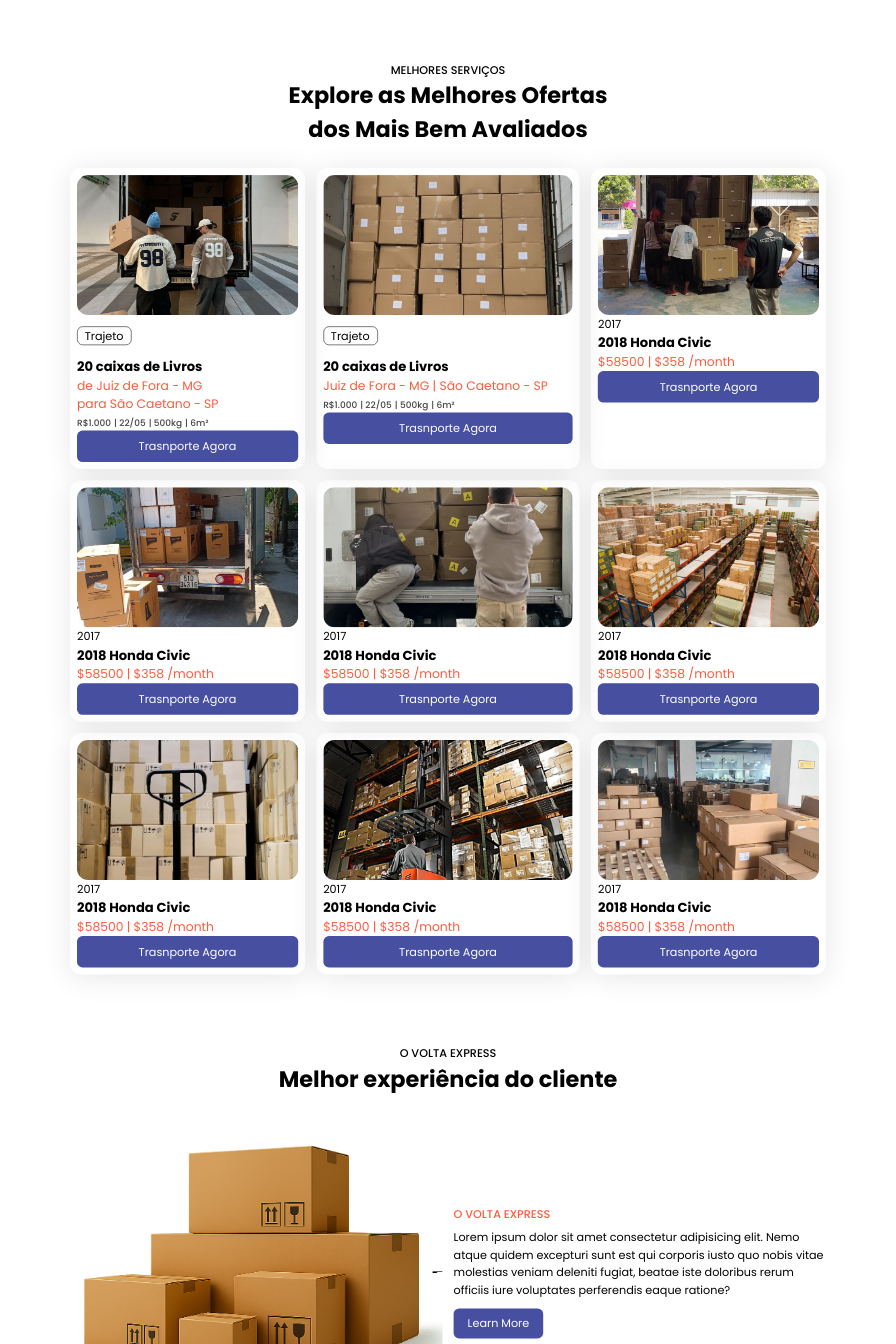
Repository: douglasabnovato/transportation
Page: index.html
An editor plug-in stored every save of this project. The page is shown before and after the next save, followed by the edit.
The browser window is 1280 px wide. The pictures show the part of the page from y = 1143 to 3063 px (the page is 4008 px tall before and 4093 px after), at 70% of full size.

Above is the page before, as saved 2025-05-19 01:26:38.

### index.html
<!DOCTYPE html>
<html lang="en">
  <head>
    <meta charset="UTF-8" />
    <meta name="viewport" content="width=device-width, initial-scale=1.0" />
    <title>Transportation</title>
    <link
      rel="stylesheet"
      href="https://cdn.jsdelivr.net/npm/boxicons@latest/css/boxicons.min.css"
    />
    <link rel="stylesheet" href="./style.css" />
  </head>
  <body>
    <!-- Header -->
    <header>
      <a href="#" class="logo"
        ><img
          src="./assets/images-t/transportar-caixas/caixas.png"
          alt="logo da car rental"
          srcset=""
      /></a>
      <div class="bx bx-menu" id="menu-icon"></div>
      <ul class="navbar">
        <li><a href="#home">Home</a></li>
        <li><a href="#ride">Transportar </a></li>
        <li><a href="#services">Serviços</a></li>
        <li><a href="#about">O Volta Express</a></li>
        <li><a href="#reviews">Vantagens</a></li>
      </ul>
      <div class="header-btn">
        <a href="#" class="sign-up">Sign Up</a>
        <a href="#" class="sign-in">Sign In</a>
      </div>
    </header>

    <!-- Home -->
    <section class="home" id="home">
      <div class="text">
        <h1>
          <span>Procurando</span> mercadorias <br />
          para transportar
        </h1>
        <p>
          Lorem ipsum dolor sit amet consectetur adi <br />
          pisicing elit. Explicabo esse non fugiat!
        </p>
        <div class="app-stores">
          <img src="./assets/ios.png" alt="" />
          <img src="./assets/play.png" alt="" />
        </div>
      </div>
      <div class="form-container">
        <form action="">
          <div class="input-box">
            <span>Location</span>
            <input type="search" name="" id="" placeholder="Search Places" />
          </div>
          <div class="input-box">
            <span>Pick-Up Date</span>
            <input type="date" name="" id="" />
          </div>
          <div class="input-box">
            <span>Return Date</span>
            <input type="date" name="" id="" />
          </div>
          <input type="submit" name="" id="" class="btn" />
        </form>
      </div>
    </section>

    <!-- Ride -->
    <section class="ride" id="ride">
      <div class="heading">
        <span>Como funciona</span>
        <h1>Transporte em 3 etapas fáceis</h1>
      </div>
      <div class="ride-container">
        <div class="box">
          <i class="bx bxs-map"></i>
          <h2>Escolha um local</h2>
          <p>
            Lorem ipsum dolor sit, amet consectetur adipisicing elit.
            Perspiciatis, impedit? Saepe quo quam numquam maxime?
          </p>
        </div>
        <div class="box">
          <i class="bx bxs-calendar-check"></i>
          <h2>Data de retirada</h2>
          <p>
            Lorem ipsum dolor sit, amet consectetur adipisicing elit.
            Perspiciatis, impedit? Saepe quo quam numquam maxime?
          </p>
        </div>
        <div class="box">
          <i class="bx bxs-calendar-star"></i>
          <h2>Reserve um espaço</h2>
          <p>
            Lorem ipsum dolor sit, amet consectetur adipisicing elit.
            Perspiciatis, impedit? Saepe quo quam numquam maxime?
          </p>
        </div>
      </div>
    </section>

    <!-- Services -->
    <section class="services" id="services">
      <div class="heading">
        <span>Melhores Serviços</span>
        <h1>
          Explore as Melhores Ofertas <br />
          dos Mais Bem Avaliados
        </h1>
      </div>
      <div class="services-container">
        <div class="box">
          <div class="box-img">
            <img
              src="./assets/images-t/transportar-caixas/caminhao-caixas-1.jpg"
              alt="car1"
            />
          </div>
          <p class="infos">Trajeto</p>
          <h3>20 caixas de Livros</h3>
          <h2>de Juiz de Fora - MG  </h2>
          <h2>para São Caetano - SP</h2>
          <p>
            <span> R$1.000</span>
            <span> | 22/05</span>
            <span> | 500kg</span>
            <span> | 6m²</span>
          </p>
          <a href="#" class="btn">Trasnporte Agora</a>
        </div>

        <div class="box">
          <div class="box-img">
            <img
              src="./assets/images-t/transportar-caixas/caminhao-caixas-2.jpg"
              alt="car1"
            />
          </div>
          <p class="infos">Trajeto</p>
          <h3>20 caixas de Livros</h3>
          <h2>Juiz de Fora - MG | São Caetano - SP</h2>
          <p>
            <span> R$1.000</span>
            <span> | 22/05</span>
            <span> | 500kg</span>
            <span> | 6m²</span>
          </p>
          <a href="#" class="btn">Trasnporte Agora</a>
        </div>

        <div class="box">
          <div class="box-img">
            <img
              src="./assets/images-t/transportar-caixas/caminhao-caixas-3.jpg"
              alt="car1"
            />
          </div>
          <p>2017</p>
          <h3>2018 Honda Civic</h3>
          <h2>$58500 | $358 <span> /month</span></h2>
          <a href="#" class="btn">Trasnporte Agora</a>
        </div>

        <div class="box">
          <div class="box-img">
            <img
              src="./assets/images-t/transportar-caixas/caminhao-caixas-4.jpg"
              alt="car1"
            />
          </div>
          <p>2017</p>
          <h3>2018 Honda Civic</h3>
          <h2>$58500 | $358 <span> /month</span></h2>
          <a href="#" class="btn">Trasnporte Agora</a>
        </div>

        <div class="box">
          <div class="box-img">
            <img
              src="./assets/images-t/transportar-caixas/caminhao-caixas-5.jpg"
              alt="car1"
            />
          </div>
          <p>2017</p>
          <h3>2018 Honda Civic</h3>
          <h2>$58500 | $358 <span> /month</span></h2>
          <a href="#" class="btn">Trasnporte Agora</a>
        </div>

        <div class="box">
          <div class="box-img">
            <img
              src="./assets/images-t/transportar-caixas/deposito-1.jpg"
              alt="car1"
            />
          </div>
          <p>2017</p>
          <h3>2018 Honda Civic</h3>
          <h2>$58500 | $358 <span> /month</span></h2>
          <a href="#" class="btn">Trasnporte Agora</a>
        </div>

        <div class="box">
          <div class="box-img">
            <img
              src="./assets/images-t/transportar-caixas/deposito-2.jpg"
              alt="car1"
            />
          </div>
          <p>2017</p>
          <h3>2018 Honda Civic</h3>
          <h2>$58500 | $358 <span> /month</span></h2>
          <a href="#" class="btn">Trasnporte Agora</a>
        </div>

        <div class="box">
          <div class="box-img">
            <img
              src="./assets/images-t/transportar-caixas/deposito-3.jpg"
              alt="car1"
            />
          </div>
          <p>2017</p>
          <h3>2018 Honda Civic</h3>
          <h2>$58500 | $358 <span> /month</span></h2>
          <a href="#" class="btn">Trasnporte Agora</a>
        </div>

        <div class="box">
          <div class="box-img">
            <img
              src="./assets/images-t/transportar-caixas/deposito-4.jpg"
              alt="car1"
            />
          </div>
          <p>2017</p>
          <h3>2018 Honda Civic</h3>
          <h2>$58500 | $358 <span> /month</span></h2>
          <a href="#" class="btn">Trasnporte Agora</a>
        </div>
      </div>
    </section>

    <!-- About -->
    <section class="about" id="about">
      <div class="heading">
        <span>O VOLTA EXPRESS</span>
        <h1>Melhor experiência do cliente</h1>
      </div>
      <div class="about-container">
        <div class="about-img">
          <img src="./assets/images-t/transportar-caixas/caixas.png" alt="" />
        </div>
        <div class="about-text">
          <span>O VOLTA EXPRESS</span>
          <p>
            Lorem ipsum dolor sit amet consectetur adipisicing elit. Nemo atque
            quidem excepturi sunt est qui corporis iusto quo nobis vitae
            molestias veniam deleniti fugiat, beatae iste doloribus rerum
            officiis iure voluptates perferendis eaque ratione?
          </p>
          <a href="#" class="btn">Learn More</a>
        </div>
      </div>
    </section>

    <!-- Reviews -->
    <section class="reviews" id="reviews">
      <div class="heading">
        <span>Vantagens</span>
        <h1>A opção onde e quando precisar</h1>
      </div>
      <div class="reviews-container">
        <div class="box">
          <div class="rev-img">
            <img
              src="./assets/images-t/caminhoneiro/caminhoneiro-1.png"
              alt=""
            />
          </div>
          <h2>A carga mais perto de você</h2>
          <div class="stars">
            <i class="bx bxs-star"></i>
            <i class="bx bxs-star"></i>
            <i class="bx bxs-star"></i>
            <i class="bx bxs-star"></i>
            <i class="bx bxs-star-half"></i>
          </div>
          <p>
            Lorem ipsum dolor sit amet consectetur adipisicing elit. Explicabo
            qui similique laborum hic molestiae. Quaerat ipsa cum sit.
          </p>
        </div>
        <div class="box">
          <div class="rev-img">
            <img
              src="./assets/images-t/caminhoneiro/caminhoneiro-2.png"
              alt=""
            />
          </div>
          <h2>Informações para o seu planejamento</h2>
          <div class="stars">
            <i class="bx bxs-star"></i>
            <i class="bx bxs-star"></i>
            <i class="bx bxs-star"></i>
            <i class="bx bxs-star"></i>
            <i class="bx bxs-star-half"></i>
          </div>
          <p>
            Lorem ipsum dolor sit amet consectetur adipisicing elit. Explicabo
            qui similique laborum hic molestiae. Quaerat ipsa cum sit.
          </p>
        </div>
        <div class="box">
          <div class="rev-img">
            <img
              src="./assets/images-t/caminhoneiro/caminhoneiro-1.png"
              alt=""
            />
          </div>
          <h2>Sempre tem o que transportar</h2>
          <div class="stars">
            <i class="bx bxs-star"></i>
            <i class="bx bxs-star"></i>
            <i class="bx bxs-star"></i>
            <i class="bx bxs-star"></i>
            <i class="bx bxs-star-half"></i>
          </div>
          <p>
            Lorem ipsum dolor sit amet consectetur adipisicing elit. Explicabo
            qui similique laborum hic molestiae. Quaerat ipsa cum sit.
          </p>
        </div>
      </div>
    </section>

    <!-- Newsletter -->
    <section class="newsletter">
      <h2>Subscribe To Newsletter</h2>
      <div class="box">
        <input type="text" placeholder="Enter Your E-mail ..." />
        <a href="#" class="btn">Subscribe</a>
      </div>
    </section>

    <!-- Copyright -->
    <div class="copyright">
      <p>&#169; @douglasabnovato All Right Reserved</p>
      <div class="social">
        <a href="#"><i class="bx bxl-facebook"></i></a>
        <a href="#"><i class="bx bxl-twitter"></i></a>
        <a href="#"><i class="bx bxl-instagram"></i></a>
      </div>
    </div>

    <!-- scrollreveal -->
    <script src="https://unpkg.com/scrollreveal"></script>

    <!-- Link to JS -->
    <script src="./script.js"></script>
  </body>
</html>

### style.css
@import url("https://fonts.googleapis.com/css2?family=Noto+Sans:ital,wght@0,100..900;1,100..900&family=Poppins:ital,wght@0,100;0,200;0,300;0,400;0,500;0,600;0,700;0,800;0,900;1,100;1,200;1,300;1,400;1,500;1,600;1,700;1,800;1,900&display=swap");

* {
  margin: 0;
  padding: 0;
  box-sizing: border-box;
  scroll-padding-top: 2rem;
  scroll-behavior: smooth;
  list-style: none;
  text-decoration: none;
  font-family: "Poppins", sans-serif;
}

:root {
  --main-color: #fe5b3d;
  --second-color: #ffac38;
  --text-color: #444;
  --gradient: linear-gradient(#fe5b3d, #ffac38);
}

html::-webkit-scrollbar {
  width: 0.5rem;
}

html::-webkit-scrollbar-track {
  background: transparent;
}

html::-webkit-scrollbar-thumb {
  background: var(--main-color);
  border-radius: 5rem;
}

section {
  padding: 50px 100px;
}

/* Header */

header {
  position: fixed;
  width: 100%;
  top: 0;
  right: 0;
  z-index: 1000;
  display: flex;
  align-items: center;
  justify-content: space-between;
  background: #eeeff1;
  padding: 15px 100px;
}

.logo img {
  width: 48px;
}

.navbar {
  display: flex;
}

.navbar li {
  position: relative;
}

.navbar a {
  font-size: 1rem;
  padding: 10px 20px;
  color: var(--text-color);
  font-weight: 500;
}

.navbar a:after {
  content: "";
  width: 0;
  height: 3px;
  background: var(--gradient);
  position: absolute;
  bottom: -4px;
  left: 0;
  transition: 0.5s;
}

.navbar a:hover::after {
  width: 100%;
}

#menu-icon {
  font-size: 24px;
  cursor: pointer;
  z-index: 10001;
  display: none;
}

.header-btn a {
  padding: 10px 20px;
  color: var(--text-color);
  font-weight: 500;
}

.header-btn .sign-in {
  background: #474fa0;
  color: #fff;
  border-radius: 0.5rem;
}

.header-btn .sign-in:hover {
  background: var(--main-color);
}

/* Home */
.home {
  width: 100%;
  min-height: 100vh;
  position: relative;
  background: url(./assets/images-t/transportar-caixas/banner-caixas.png);
  background-repeat: no-repeat;
  background-position: center right;
  background-size: cover;
  display: grid;
  align-items: center;
  grid-template-columns: repeat(2, 1fr);
}

.text h1 {
  font-size: 3.5rem;
  letter-spacing: 2px;
}

.text span {
  color: var(--main-color);
}

.text p {
  margin: 0.5rem 0 1rem;
}

.app-stores {
  display: flex;
}

.app-stores img {
  width: 100px;
  margin-right: 1rem;
  cursor: pointer;
}

.form-container form {
  display: flex;
  flex-wrap: wrap;
  align-items: center;
  gap: 1rem;
  position: absolute;
  bottom: 4rem;
  left: 100px;
  background: #fff;
  padding: 20px;
  border-radius: 0.5rem;
}

.input-box {
  flex: 1 1 7rem;
  display: flex;
  flex-direction: column;
}

.input-box span {
  font-weight: 500;
}

.input-box input {
  padding: 7px;
  outline: none;
  border: none;
  background: #eeeff1;
  border-radius: 0.5rem;
  font-size: 1rem;
}

.form-container form .btn {
  flex: 1 1 7rem;
  padding: 10px 34px;
  border: none;
  border-radius: 0.5rem;
  background: #474fa0;
  color: #fff;
  font-size: 1rem;
  font-weight: 500;
}

.form-container form .btn:hover {
  background: var(--main-color);
  cursor: pointer;
}

/* Ride */
.heading {
  text-align: center;
}

.heading span {
  font-weight: 500;
  text-transform: uppercase;
}

.heading h1 {
  font-size: 2rem;
}

.ride-container {
  display: grid;
  align-items: center;
  grid-template-columns: repeat(auto-fit, minmax(250px, auto));
  gap: 1rem;
  margin-top: 2rem;
}

.ride-container .box {
  text-align: center;
  padding: 20px;
}

.ride-container .box .bx {
  font-size: 34px;
  padding: 10px;
  background: #eeeff1;
  border-radius: 0.5rem;
  color: var(--main-color);
}

.ride-container .box h2 {
  font-size: 1.3rem;
  font-weight: 500;
  margin: 1.4rem 0 0.5rem;
}

.ride-container .box .bx:hover,
.ride-container .box .bx .bxs-calendar-star {
  background: var(--gradient);
  color: #fff;
}

/* Services */
.services-container {
  display: grid;
  grid-template-columns: repeat(auto-fit, minmax(300px, auto));
  gap: 1rem;
  margin-top: 2rem;
}

.services-container .box {
  padding: 10px;
  border-radius: 1rem;
  box-shadow: 1px 4px 41px rgba(0, 0, 0, 0.1);
}

.services-container .box .box-img {
  width: 100%;
  height: 200px;
}

.services-container .box .box-img img {
  width: 100%;
  height: 100%;
  border-radius: 1rem;
  object-fit: cover;
  object-position: center;
}

.services-container .box p.infos {
  padding: 0 10px;
  border: 1px solid var(--text-color);
  width: 78px;
  border-radius: 0.5rem;
  margin: 1rem 0 1rem;
}

.services-container .box h2 {
  font-size: 1.1rem;
  font-weight: 400;
  color: var(--main-color);
}

.services-container .box p span {
  font-size: 0.8rem;
  font-weight: 500;
  color: var(--text-color);
}

.services-container .box .btn {
  display: flex;
  justify-content: center;
  background: #474fa0;
  color: #fff;
  padding: 10px;
  border-radius: 0.5rem;
}

.services-container .box .btn:hover {
  background: var(--main-color);
}

/* About */
.about-container {
  display: grid;
  grid-template-columns: repeat(2, 1fr);
  margin-top: 2rem;
  align-items: center;
  gap: 1rem;
}

.about-img img {
  width: 100%;
}

.about-text span {
  font-weight: 500;
  color: var(--main-color);
  text-transform: uppercase;
}

.about-text p {
  margin: 0.5rem 0 1.4rem;
}

.about-text .btn {
  padding: 10px 20px;
  background: #474fa0;
  color: #fff;
  border-radius: 0.5rem;
}

.about-text .btn:hover {
  background: var(--main-color);
}

/* Review */
.reviews-container {
  display: grid;
  grid-template-columns: repeat(auto-fit, minmax(250px, auto));
  gap: 1rem;
  margin-top: 2rem;
}

.rev-img {
  width: 70px;
  height: 70px;
}

.rev-img img {
  width: 100%;
  height: 100%;
  border-radius: 50%;
  object-fit: cover;
  object-position: center;
  border: 2px solid var(--second-color);
}

.reviews-container .box {
  display: flex;
  flex-direction: column;
  align-items: center;
  text-align: center;
  padding: 20px;
  box-shadow: 1px 4px 41px rgba(0, 0, 0, 0.1);
  border-radius: 0.5rem;
}

.reviews-container .box h2 {
  font-size: 1.1rem;
  font-weight: 600;
  margin: 0.5rem 0 0.5rem;
}

.reviews-container .box p {
  font-style: italic;
}

.reviews-container .box .stars .bx {
  color: var(--main-color);
}

/* Newsletter */
.newsletter {
  background: linear-gradient(to top right, #fe5b3d, #ffac38);
  display: flex;
  flex-direction: column;
  align-items: center;
}

.newsletter h2 {
  color: #fff;
  font-size: 1.8rem;
}

.newsletter .box {
  margin-top: 1rem;
  background: #fff;
  border-radius: 0.5rem;
  padding: 4px 8px;
  width: 350px;
  display: flex;
  justify-content: space-between;
}

.newsletter .box input {
  border: none;
  outline: none;
}

.newsletter .box .btn {
  background: #474fa0;
  color: #fff;
  padding: 8px 20px;
  border-radius: 0.5rem;
}

/* Copyright */
.copyright {
  padding: 20px;
  display: flex;
  justify-content: space-between;
  align-items: center;
}

.social a {
  color: #444;
  padding: 10px;
  font-size: 21px;
  transition: font-size 2s;
}

.social a:hover {
  font-size: 24px;
  color: #fe5b3d;
}

/* Responsive */

@media screen and (max-width: 991px) {
  header {
    padding: 18px 40px;
  }
  section {
    padding: 80px 40px;
  }
}

@media screen and (max-width: 891px) {
  .home {
    background-position: left;
  }
  .form-container form {
    bottom: 0.2rem;
    left: 40px;
  }
}

@media screen and (max-width: 768px) {
  header {
    padding: 11px 40px;
  }

  #menu-icon {
    display: initial;
  }

  .sign-up {
    display: none;
  }

  .text h2 {
    font-size: 2.5rem;
  }

  .home {
    grid-template-columns: 1fr;
  }

  .form-container form {
    position: unset;
  }

  header .navbar {
    position: absolute;
    top: -500px;
    left: 0;
    right: 0;
    display: flex;
    flex-direction: column;
    background: #fff;
    box-shadow: 0 4px 4px rgba(0, 0, 0, 0.1);
    transition: 0.2 ease;
    text-align: left;
  }

  .navbar.active {
    top: 100%;
  }

  .navbar a {
    padding: 1rem;
    border-left: 2px solid var(--main-color);
    margin: 1rem;
    display: block;
  }

  .navbar a:hover {
    color: #fff;
    background: var(--main-color);
    border: none;
  }

  .navbar a::after {
    display: none;
  }

  .heading span {
    font-size: 0.9rem;
    font-weight: 600;
  }

  .heading h1 {
    font-size: 1.3rem;
  }

  .about-container {
    grid-template-columns: 1fr;
    text-align: center;
  }

  .about-img {
    padding: 1rem;
    order: 2;
  }
}

@media screen and (max-width: 568px) {
  .copyright {
    flex-direction: column;
  }

  .newsletter .box {
    width: 284px;
  }

  .form-container {
    padding-top: 2rem;
  }
}

@media screen and (max-width: 350px) {
  header {
    padding: 6px 14px;
  }

  .logo img {
    width: 30px;
  }

  section {
    padding: 50px 14px;
  }

  .header-btn .sign-in {
    padding: 7px 10px;
    font-size: 14px;
    font-weight: 400;
  }

  .text h1 {
    font-size: 2rem;
  }

  .services-container {
    grid-template-columns: repeat(auto-fit, minmax(254px, auto));
  }
}

### script.js
/**
 * Menu Header responsive
 */
let menu = document.querySelector("#menu-icon");
let navbar = document.querySelector(".navbar");

menu.onclick = () => {
  menu.classList.toggle("bx-x");
  navbar.classList.toggle("active");
};

window.onscroll = () => {
  menu.classList.remove("bx-x");
  navbar.classList.remove("active");
};
/**
 * Scrollrevel
 */
const sr = ScrollReveal({
  distance: "60px",
  duration: 2500,
  delay: 400,
  reset: true,
});

sr.reveal(".text", { delay: 200, origin: "top" });
sr.reveal(".form-container form", { delay: 800, origin: "left" });
sr.reveal(".heading", { delay: 800, origin: "top" });
sr.reveal(".ride-container .box", { delay: 600, origin: "top" });
sr.reveal(".services-container .box", { delay: 600, origin: "top" });
sr.reveal(".about-container .box", { delay: 600, origin: "top" });
sr.reveal(".reviews-container", { delay: 600, origin: "top" });
sr.reveal(".newsletter .box", { delay: 400, origin: "bottom" });

After the next save:
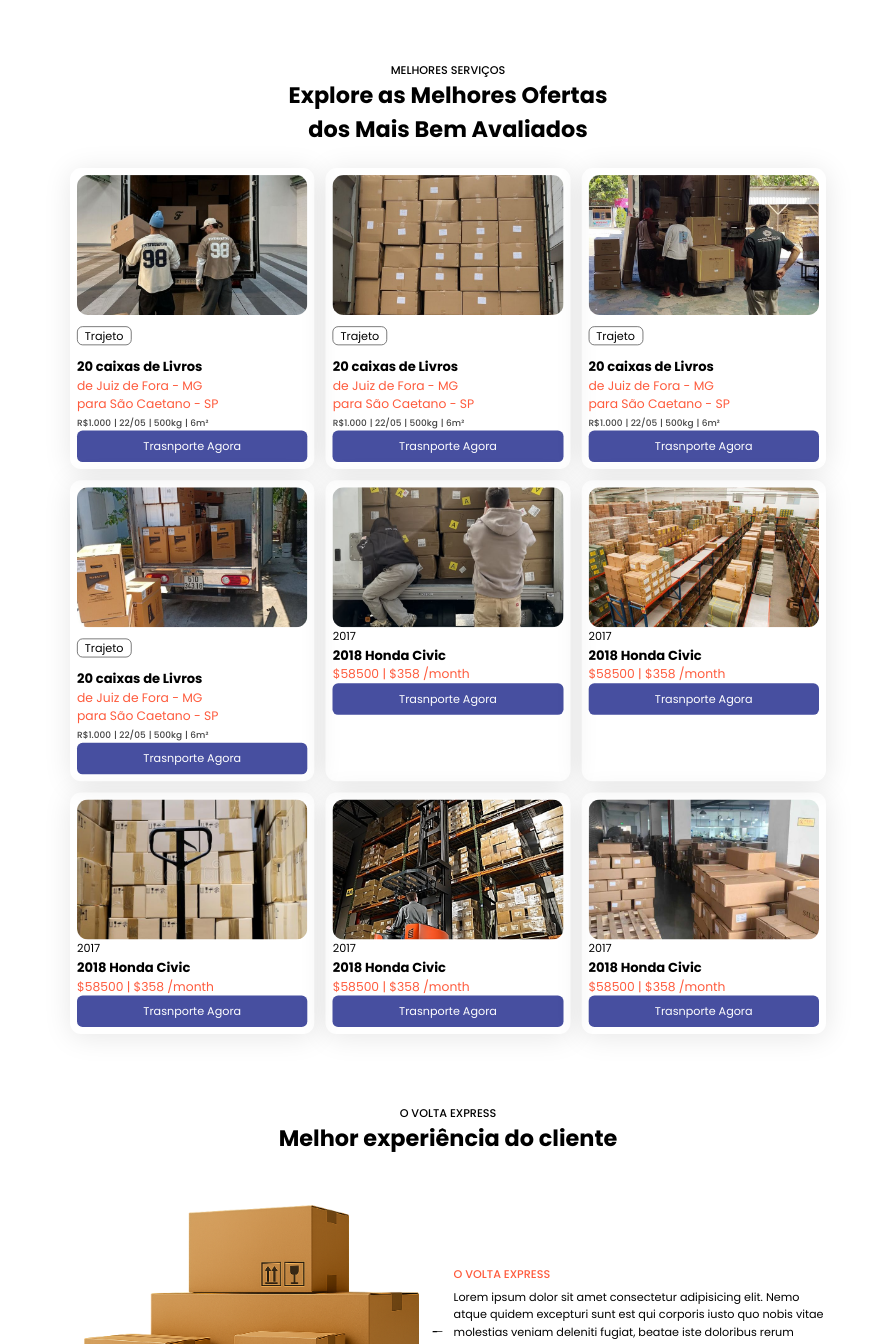
Saved 40 s later.
--- a/index.html
+++ b/index.html
@@ -141,7 +141,8 @@
           </div>
           <p class="infos">Trajeto</p>
           <h3>20 caixas de Livros</h3>
-          <h2>Juiz de Fora - MG | São Caetano - SP</h2>
+          <h2>de Juiz de Fora - MG  </h2>
+          <h2>para São Caetano - SP</h2>
           <p>
             <span> R$1.000</span>
             <span> | 22/05</span>
@@ -158,9 +159,16 @@
               alt="car1"
             />
           </div>
-          <p>2017</p>
-          <h3>2018 Honda Civic</h3>
-          <h2>$58500 | $358 <span> /month</span></h2>
+          <p class="infos">Trajeto</p>
+          <h3>20 caixas de Livros</h3>
+          <h2>de Juiz de Fora - MG  </h2>
+          <h2>para São Caetano - SP</h2>
+          <p>
+            <span> R$1.000</span>
+            <span> | 22/05</span>
+            <span> | 500kg</span>
+            <span> | 6m²</span>
+          </p>
           <a href="#" class="btn">Trasnporte Agora</a>
         </div>
 
@@ -171,9 +179,16 @@
               alt="car1"
             />
           </div>
-          <p>2017</p>
-          <h3>2018 Honda Civic</h3>
-          <h2>$58500 | $358 <span> /month</span></h2>
+          <p class="infos">Trajeto</p>
+          <h3>20 caixas de Livros</h3>
+          <h2>de Juiz de Fora - MG  </h2>
+          <h2>para São Caetano - SP</h2>
+          <p>
+            <span> R$1.000</span>
+            <span> | 22/05</span>
+            <span> | 500kg</span>
+            <span> | 6m²</span>
+          </p>
           <a href="#" class="btn">Trasnporte Agora</a>
         </div>
 
